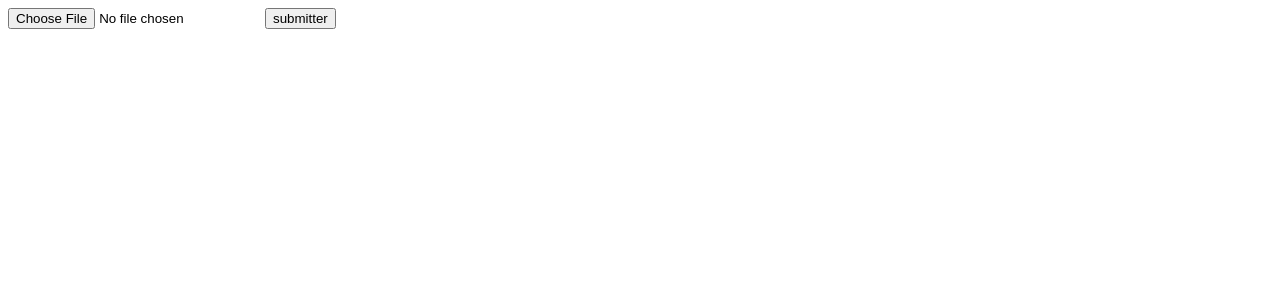
Repository: GourabIX/Java_FSD
Page: Assignment/restful_web_service/WebServiceClientWebApp/src/main/webapp/upload.html
The author's editor kept a copy of each file at every save. The page is drawn from the files as they stood at one save, then again after the next save.
The browser window is 1280 px wide. The pictures show the whole page.

Above is the page before, as saved 2019-10-03 13:50:10.

### Assignment/restful_web_service/WebServiceClientWebApp/src/main/webapp/upload.html
<!DOCTYPE html>
<html>
<head>
<meta charset="ISO-8859-1">
<title>Upload Page</title>
</head>
<body>
<form action="http://localhost:8080/HelloWebService/zenrestfulws/upload" method="POST" enctype="multipart/form-data">
	<input type="file" name="myfile" />
	<input type="submit" value="submitter" />
</form>
</body>
</html>

After the next save:
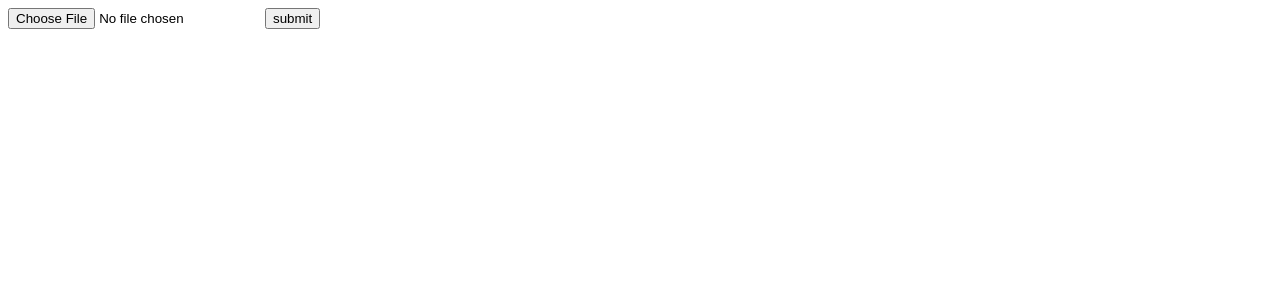
Saved 29 s later.
--- a/Assignment/restful_web_service/WebServiceClientWebApp/src/main/webapp/upload.html
+++ b/Assignment/restful_web_service/WebServiceClientWebApp/src/main/webapp/upload.html
@@ -6,8 +6,8 @@
 </head>
 <body>
 <form action="http://localhost:8080/HelloWebService/zenrestfulws/upload" method="POST" enctype="multipart/form-data">
-	<input type="file" name="myfile" />
-	<input type="submit" value="submitter" />
+	<input type="file" name="myfile">
+	<input type="submit" value="submit">
 </form>
 </body>
 </html>
